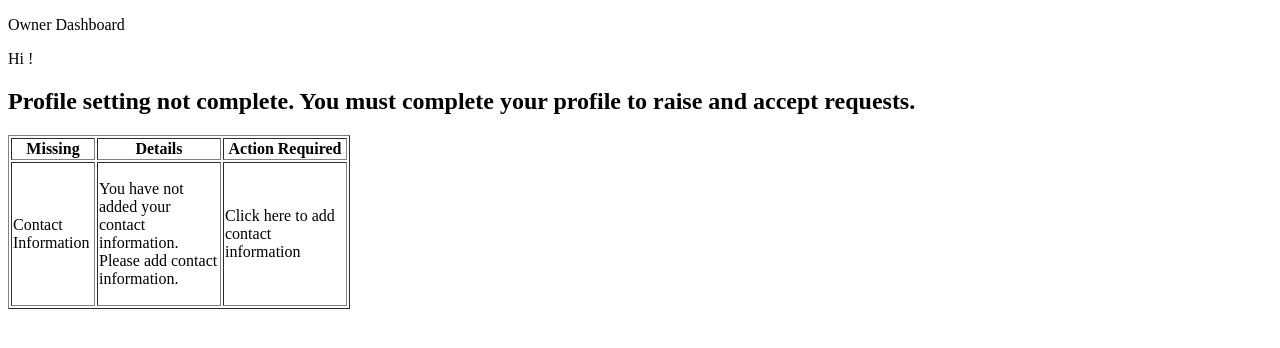
Repository: vasuanne/PetDiaries
Page: http://localhost/SpringMVC/WEB-INF/views/ownerDashboard.jsp
An editor plug-in stored every save of this project. The page is shown before and after the next save, followed by the edit.
The browser window is 1280 px wide. The pictures show the whole page.
The page is served by Tomcat 9. Nobody is signed in. Other server files are loaded and not shown. The template is opened directly, without the code that normally fills it, so the values that code supplies are empty.

Above is the page before, as saved 2017-04-26 19:43:25.

### oopsWorkspace/SpringMVC/src/main/webapp/WEB-INF/views/ownerDashboard.jsp
<%@ page language="java" contentType="text/html; charset=UTF-8"
    pageEncoding="UTF-8"%>
<%@ taglib uri="http://java.sun.com/jsp/jstl/core" prefix="c" %>
<!DOCTYPE html PUBLIC "-//W3C//DTD HTML 4.01 Transitional//EN" "http://www.w3.org/TR/html4/loose.dtd">
<html>
<head>
<meta http-equiv="Content-Type" content="text/html; charset=UTF-8">
<title>Owner Dashboard</title>
</head>
<body>
<p>Owner Dashboard</p>
<p>Hi ${firstName}! </p>


<c:if test="${petCount == 0 || !contactInfo}">
<h2>Profile setting not complete. You must complete your profile to raise and accept requests.</h2>
	<table class="tg"  border="1">
	<tr>
		<th width="80">Missing</th>
		<th width="120">Details</th>
		<th width="120">Action Required</th>
	</tr>

	<c:if test="${petCount == 0}">
	<tr>
		<td><p>Pet Information</p></td>
		<td><p>You have 0 pets available. Please add pets.</p></td>
		<td><p>Click here to add pet information</p></td>
	</tr>
	</c:if>

	<c:if test="${!contactInfo}">
	<tr>
		<td><p>Contact Information</p></td>
		<td><p>You have not added your contact information. Please add contact information.</p></td>
		<td><p>Click here to add contact information</p></td>
	</tr>
	</c:if>
	</table>
</c:if>



</body>
</html>

After the next save:
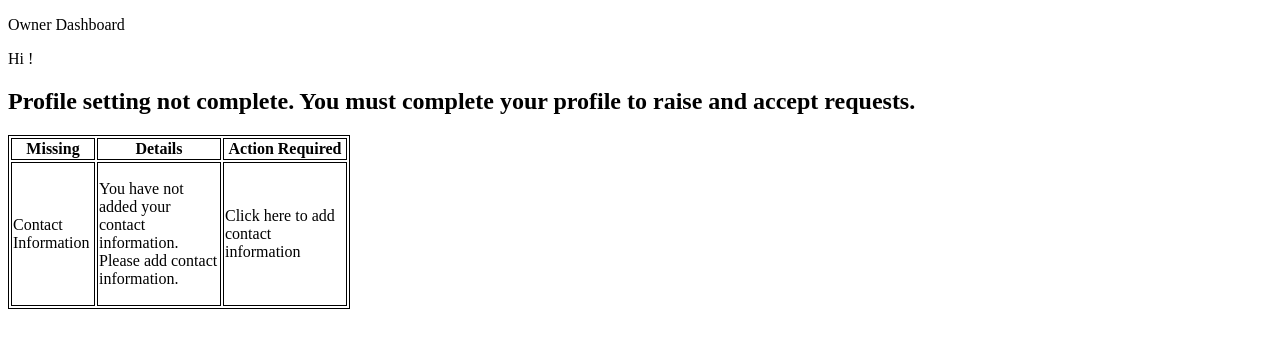
Saved 58 s later.
--- a/oopsWorkspace/SpringMVC/src/main/webapp/WEB-INF/views/ownerDashboard.jsp
+++ b/oopsWorkspace/SpringMVC/src/main/webapp/WEB-INF/views/ownerDashboard.jsp
@@ -14,7 +14,7 @@
 
 <c:if test="${petCount == 0 || !contactInfo}">
 <h2>Profile setting not complete. You must complete your profile to raise and accept requests.</h2>
-	<table class="tg"  border="1">
+	<table class="tg"  border="1" bordercolor="black">
 	<tr>
 		<th width="80">Missing</th>
 		<th width="120">Details</th>

After the save that followed:
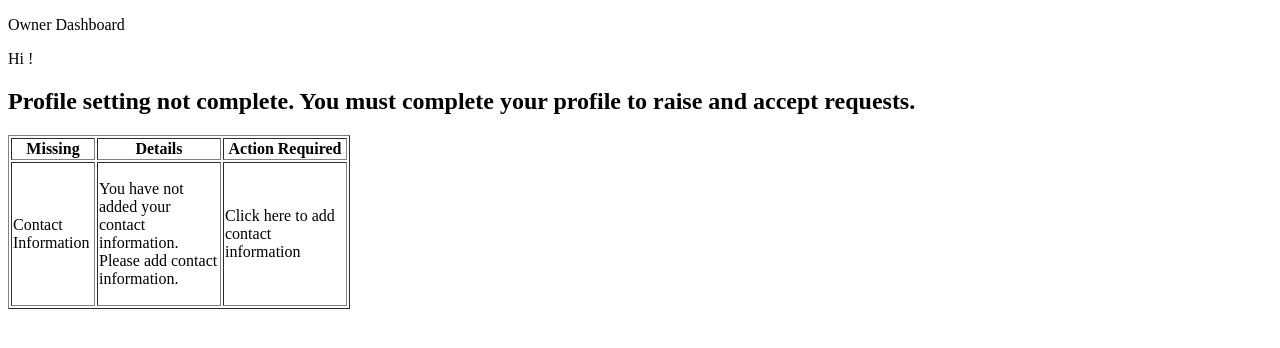
Saved 30 s later.
--- a/oopsWorkspace/SpringMVC/src/main/webapp/WEB-INF/views/ownerDashboard.jsp
+++ b/oopsWorkspace/SpringMVC/src/main/webapp/WEB-INF/views/ownerDashboard.jsp
@@ -14,7 +14,7 @@
 
 <c:if test="${petCount == 0 || !contactInfo}">
 <h2>Profile setting not complete. You must complete your profile to raise and accept requests.</h2>
-	<table class="tg"  border="1" bordercolor="black">
+	<table class="tg"  border="1">
 	<tr>
 		<th width="80">Missing</th>
 		<th width="120">Details</th>
